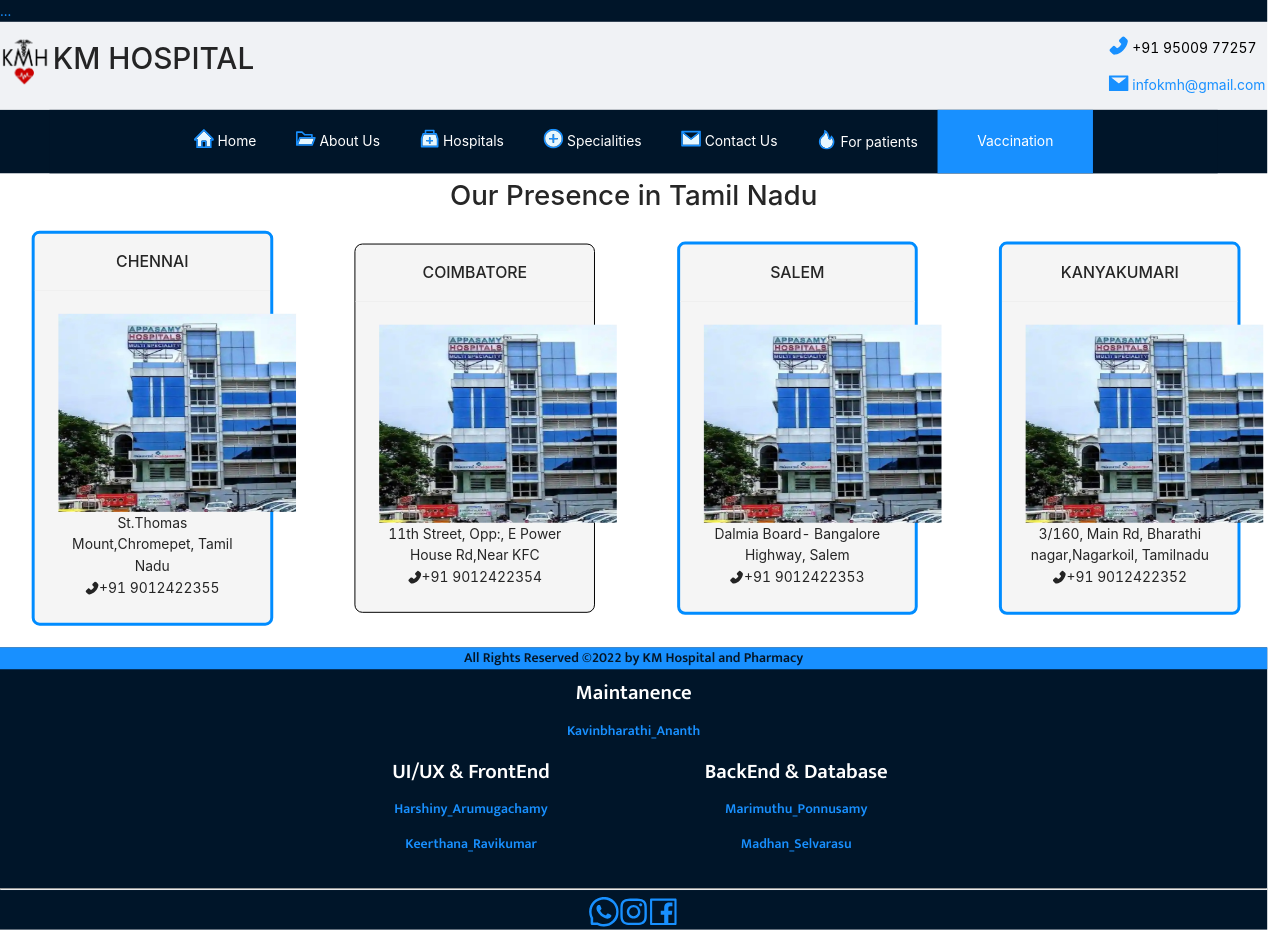
Repository: marimuthu1001/KHM-hospital
Page: /hospitals (app in km-hospital/)
These files come from the project's save history. The page is drawn as it stood at one moment and after the next save; the edit follows.
The browser window is 1280 px wide. The page is 1297 px wide, so the pictures cover 1297 px, including what lies to the right of the window. The pictures show the whole page, at 99% of full size.
The project was rebuilt for these pictures with package versions that can differ from the ones it lists, and the page was loaded fresh each time. Also part of the build but not shown: km-hospital/src/firebase.js, km-hospital/src/Pages/Home.jsx, km-hospital/src/Pages/ContactUs.jsx, km-hospital/src/Pages/AboutUS.jsx, km-hospital/src/Styles/Specialities.module.css, km-hospital/src/Pages/Specialities.jsx, km-hospital/src/Pages/For Patients/Bmi_Calculator.jsx, km-hospital/src/Styles/Appointment.module.css and 3 more.

Above is the page before, as saved 2022-01-27 15:21:10.

### km-hospital/public/index.html
<!DOCTYPE html>
<html lang="en">
  <head>
    <meta charset="utf-8" />
    <link rel="icon" href="%PUBLIC_URL%/favicon.ico" />
    <meta name="viewport" content="width=device-width, initial-scale=1" />
    <meta name="theme-color" content="#000000" />
    <meta
      name="description"
      content="Web site created using create-react-app"
    />
    <link rel="apple-touch-icon" href="%PUBLIC_URL%/logo192.png" />
    <!--
      manifest.json provides metadata used when your web app is installed on a
      user's mobile device or desktop. See https://developers.google.com/web/fundamentals/web-app-manifest/
    -->
    <link rel="manifest" href="%PUBLIC_URL%/manifest.json" />
    <!--
      Notice the use of %PUBLIC_URL% in the tags above.
      It will be replaced with the URL of the `public` folder during the build.
      Only files inside the `public` folder can be referenced from the HTML.

      Unlike "/favicon.ico" or "favicon.ico", "%PUBLIC_URL%/favicon.ico" will
      work correctly both with client-side routing and a non-root public URL.
      Learn how to configure a non-root public URL by running `npm run build`.
    -->
    <title>KM HOSPITAL | HOME</title>
  </head>
  <body>
    <noscript>You need to enable JavaScript to run this app.</noscript>
    <div id="root"></div>
    <!--
      This HTML file is a template.
      If you open it directly in the browser, you will see an empty page.

      You can add webfonts, meta tags, or analytics to this file.
      The build step will place the bundled scripts into the <body> tag.

      To begin the development, run `npm start` or `yarn start`.
      To create a production bundle, use `npm run build` or `yarn build`.
    -->
  </body>
</html>

### km-hospital/src/index.js
import React from 'react';
import ReactDOM from 'react-dom';
import 'antd/dist/antd.min.css'
import './index.css'
import App from './App';


ReactDOM.render(
  <React.StrictMode>
    <App />
  </React.StrictMode>,
  document.getElementById('root')
);

### km-hospital/src/index.css
@import '~antd/dist/antd.css';

.ant-menu:not(.ant-menu-horizontal) .ant-menu-item-selected {
	background: transparent;
}

.ant-menu{
    background: red;
    }

### km-hospital/src/App.js
import Nav from  './components/Nav'
import Footer from './components/Footer'
import Home from './Pages/Home'
import ContactUs from './Pages/ContactUs'
import AboutUs from './Pages/AboutUS'
import Specialities from './Pages/Specialities'
import BmiCalculator from './Pages/For Patients/Bmi_Calculator'
import Appointment from './Pages/For Patients/BookAppointment'
import Hospitals from './Pages/Hospitals'
import {BrowserRouter as Router, Route,Routes} from 'react-router-dom'

import Feedback from './Pages/Feedback'

function App() {
  return (
    <Router>
        <div className="App">
          <Nav/>
          <Routes>
            <Route exact path="/" element={<Home/>}/>
            <Route exact path="/contactus" element={<ContactUs/>}/>
            <Route exact path="/aboutus" element={<AboutUs/>}/>
            <Route exact path="/specialities" element={<Specialities/>}/>
            <Route exact path="/bmicalculator" element={<BmiCalculator/>}/>
            <Route exact path="/bookappointment" element={<Appointment/>}/>
            <Route exact path="/hospitals" element={<Hospitals/>}/>
            <Route exact path="/feedback" element={<Feedback/>}/>
          </Routes>

          <Footer/>
        </div>
    </Router>

  );
}

export default App;

### km-hospital/src/components/Nav.jsx
import React from 'react'

import Styles from '../Styles/Nav.module.css'
import { Layout, Menu, Dropdown,Row,Col } from 'antd';
import Logo from '../Images/Logo.png'

import {HomeTwoTone,
    FolderOpenTwoTone,
    MedicineBoxTwoTone,
    PlusCircleTwoTone,
    FireTwoTone ,
    MailTwoTone,
    PhoneFilled,
    MailFilled,

    } from '@ant-design/icons'

function Nav() {
  const menu = (
    <Menu>

            <Menu.Item key="1">Covid Dose</Menu.Item>
            <Menu.Item key="2">Covid Booster</Menu.Item>
            <Menu.Item key="3">Polio Vaccine</Menu.Item>
            <Menu.Item key="4">Chicken pox Vaccine</Menu.Item>
      </Menu>
  )
const patients = (
  <Menu>
         <a href="bmicalculator"> <Menu.Item key="1">Health Checkup Package</Menu.Item></a>
         <a href="bmicalculator"><Menu.Item key="2">Medicines</Menu.Item></a>
          <a href="bmicalculator"><Menu.Item key="3">Symptoms</Menu.Item></a>
          <a href="/bookappointment"> <Menu.Item key="4">Book an Appointment</Menu.Item></a>
          <a href="bmicalculator"><Menu.Item key="5">BMI Calculator</Menu.Item></a>

    </Menu>

  )

  const { Header} = Layout;
    return (

      <Layout>
        <p className={Styles.line}>...</p>
        <div className={Styles.head} >
            <Row gutters={[16,16]}>
              <Col md={{span:2}} lg={{span:1}}>
              <div className="logo">
              <img src={Logo} alt="Logo" widht={50} height={50}/>
            </div>
              </Col>
              <Col md={{span:6}} lg={{span:4}}>
              <h1>KM HOSPITAL</h1>
              </Col>
              <Col md={{span:8}} lg={{span:16}}></Col>
              <Col md={{span:5}} lg={{span:3}}>
              <div className={Styles.contactHead}>
                <p style={{color:'black'}}><PhoneFilled  style= {{ fontSize: '20px',color: '#1890ff'  }} />&nbsp;+91 95009 77257</p>
                <p><a href="mailto:infokmh@gmail.com"><MailFilled style= {{ fontSize: '20px',color: '#1890ff'  }} />&nbsp;infokmh@gmail.com</a></p>
               </div>
              </Col>
            </Row>
        </div>



      <Header className="header">
      <div className="menubar">
        <Menu style={{
            position: 'relative',
            display: 'flex',
            justifyContent: 'center',

        }} theme="dark" mode="horizontal" defaultSelectedKeys={['1']}>
     <a href="/">
          <Menu.Item key="7"><HomeTwoTone style={{fontSize:20}}/>&nbsp;Home</Menu.Item>
     </a>
     <a href="/aboutus">
          <Menu.Item key="2"><FolderOpenTwoTone style={{fontSize:20}}/>&nbsp;About Us</Menu.Item>
     </a>
     <a href="/hospitals">
          <Menu.Item key="3"><MedicineBoxTwoTone style={{fontSize:20}}/>&nbsp;Hospitals</Menu.Item>
     </a>
     <a href="/specialities">
          <Menu.Item key="4"><PlusCircleTwoTone style={{fontSize:20}}/>&nbsp;Specialities</Menu.Item>
     </a>
     <a href="/contactus">
          <Menu.Item  key="6"> <MailTwoTone style={{fontSize:20}}/>&nbsp;Contact Us</Menu.Item>
     </a>
          <Dropdown  overlay={patients} placement="topCenter">
              <Menu.Item key="5"><FireTwoTone style={{fontSize:20}}/>&nbsp;For patients</Menu.Item>
          </Dropdown>

          <Menu.Item key="1">
          <Dropdown  overlay={menu} placement="topCenter">
                    <Menu.Item>Vaccination</Menu.Item>
          </Dropdown>
          </Menu.Item>


        </Menu>  </div>
      </Header>


        </Layout>


    )
}

export default Nav

### km-hospital/src/components/Footer.jsx
import React from 'react'
import Styles from '../Styles/Footer.module.css'
import { Row, Col } from 'antd';
import {WhatsAppOutlined,
    InstagramOutlined,
    FacebookOutlined} from '@ant-design/icons'
function Footer() {
    return (
        <div  >
            <div className={Styles.footer}>


                <div className={Styles.footerContent}>
                    <div sm={1}  md={6} lg={8}  className={Styles.footerTitle}>
                        <h4>All Rights Reserved &copy;2022 by KM Hospital and Pharmacy</h4>
                    </div>


                <div className={Styles.maintain}>
                    <h2>Maintanence</h2>
                    <p>Kavinbharathi_Ananth</p>
                </div>

                <Row className={Styles.design} gutter={[34, 18]}>
                <Col xs={24} md={6}/>
                    <Col xs={24} md={6}>
                        <div>
                            <h2 className={Styles.headDecoration}>UI/UX & FrontEnd</h2>
                            <div className={Styles.decoration}>
                                <p>Harshiny_Arumugachamy</p>
                                <p>Keerthana_Ravikumar</p>
                            </div>
                        </div>
                    </Col>
                    <Col xs={24} md={6}>
                        <div>
                        <h2 className={Styles.headDecoration}>BackEnd & Database</h2>
                            <div className={Styles.decoration}>
                                <p>Marimuthu_Ponnusamy</p>
                                <p>Madhan_Selvarasu</p>
                            </div>
                        </div>
                    </Col>
                    <Col xs={24} md={6}/>
                        <Col sm={{ span: 5, offset: 0 }} md={{ span: 5, offset: 0 }} lg={{ span: 6, offset:0  }}> </Col>
                </Row>


<hr/>


                <Row  className={Styles.social}>
                    <Col sm={{span:2}} md={{span:8}} lg={{span:8}}><WhatsAppOutlined style={{fontSize: '30px' }} /></Col>
                    <Col sm={{span:2}} md={{span:8}} lg={{span:8}}><InstagramOutlined style={{fontSize: '30px' }} /></Col>
                    <Col sm={{span:2}} md={{span:8}} lg={{span:8}}><FacebookOutlined style={{fontSize: '30px' }} /></Col>
                </Row>
            </div>
        </div>
        </div>
    )
}

export default Footer

### km-hospital/src/Pages/Hospitals.jsx
import React from 'react';
import { Card, Col, Row  } from 'antd';
import Styles from '../Styles/ContactUs.module.css'
import {PhoneFilled} from '@ant-design/icons'
import Img1 from '../Images/Hospitals/hsptl (16).jpeg'
function Hospitals() {
  return (<div>
      <h1 style={{textAlign:"Center"}}>Our Presence in Tamil Nadu</h1>
            <div className="site-card-wrapper">
                    <Row className={Styles.locations} justify="space-around" align="middle" gutter={28}>
                        {/* <Col sm={{span:2}} md={{span:5}}  lg={{span:4}}></Col> */}
                        <Col  sm={{span:1}} md={{span:5}}  lg={{span:5}} >
                            <Card className={Styles.card} style={{backgroundColor:'whitesmoke'}} title="CHENNAI" bordered={true} hoverable={true}>
                            <img src={Img1} alt="Hospital"  width={240} height={200}/>
                            St.Thomas Mount,Chromepet, Tamil Nadu <br/> <PhoneFilled />+91 9012422355
                            </Card>
                        </Col>
                        <Col sm={{span:1}} md={{span:5}} lg={{span:5}} >
                            <Card  className={Styles.card} style={{backgroundColor:'whitesmoke', border:'1px solid black'}} title="COIMBATORE" bordered={true} hoverable={true}>
                            <img src={Img1} alt="Hospital"  width={240} height={200}/>
                           11th Street, Opp:, E Power House Rd,Near KFC <br/> <PhoneFilled />+91 9012422354
                            </Card>
                        </Col>
                        <Col sm={{span:1}} md={{span:5}} lg={{span:5}}>
                            <Card className={Styles.card} style={{backgroundColor:'whitesmoke'}} title="SALEM" bordered={true} hoverable={true}>
                            <img src={Img1} alt="Hospital"  width={240} height={200}/>
                           Dalmia Board- Bangalore Highway, Salem  <br/> <PhoneFilled />+91 9012422353
                            </Card>
                        </Col>
                        <Col sm={{span:1}} md={{span:5}} lg={{span:5}}>
                            <Card className={Styles.card} style={{backgroundColor:'whitesmoke'}} title="KANYAKUMARI" bordered={true} hoverable={true}>
                            <img src={Img1} alt="Hospital"  width={240} height={200}/>
                             3/160, Main Rd, Bharathi nagar,Nagarkoil, Tamilnadu  <br/> <PhoneFilled />+91 9012422352
                            </Card>
                        </Col>
                        {/* <Col sm={{span:3}} md={{span:5}}  lg={{span:4}}></Col> */}
                    </Row>
              <br/>
                </div>
  </div>);
}

export default Hospitals;

### km-hospital/src/Styles/Nav.module.css
*{
    margin-top:0px;
}
.line{
    background-color:#001529;
    color:#1890ff;
}
.head h1{
    font-size: 30px;
}
.menubar .Menu.item{
    margin-left:20%;
}
a{
    text-decoration: none;
}
a:hover{
    background-color:#1890ff;
}

### km-hospital/src/Styles/Footer.module.css
@import url('https://fonts.googleapis.com/css2?family=Mukta:wght@600&display=swap');
.footer{
    background-color:#001529;
    font-family: 'Mukta', sans-serif;
    color:#1890ff;
    position:relative;
    text-align:center
}
.footer h2{
    color:#ffffff
}
.footer .footerTitle{
    color:rgb(255, 255, 255);
    background-color:#1890ff
}
.footer .social{
    text-align:center;
    display:inline-flex;
}
.social li{
    list-style-type: none;
}
.decoration{
    list-style-type:none;
    text-align:center
}
.headDecoration{
    text-align:center
}

### km-hospital/src/Styles/Home.module.css
@import url('https://fonts.googleapis.com/css2?family=Josefin+Sans:wght@700&display=swap');
.card{
    background-color:#1890ff;
    height:120px;
    border: 1px solid #001529;
    border-radius:14px;
}
.title{
    font-family: 'Josefin Sans', sans-serif;
}

### km-hospital/src/Styles/ContactUs.module.css
.title{
    text-align:center;
}
.card{
    border:3px solid #008cff;
    border-radius:8px;
    text-align: center;
    background-color:#9bcdfc;
}
.card:hover{
    border:3px solid #1890ff;
    box-shadow: 8px 8px 8px #9bcdfc ;
}
.locations{

    padding-left:5px;
}
.btn{
    width:28%;
}
.form{
    border-radius:20px;
    border:1px solid #000;
    box-shadow:5px 5px 5px rgb(0, 0, 0);
    padding-top:20px;
}

### km-hospital/src/Styles/bmiCalc.module.css
@import url('https://fonts.googleapis.com/css2?family=Poppins:wght@400&display=swap');

.aboutContent{
    margin:0 10%;
    text-align: center;
    font-family: 'Poppins', sans-serif;
    font-weight:block;
}
 .bmiFormula{

    border:1px solid #5465ff
}

After the next save:
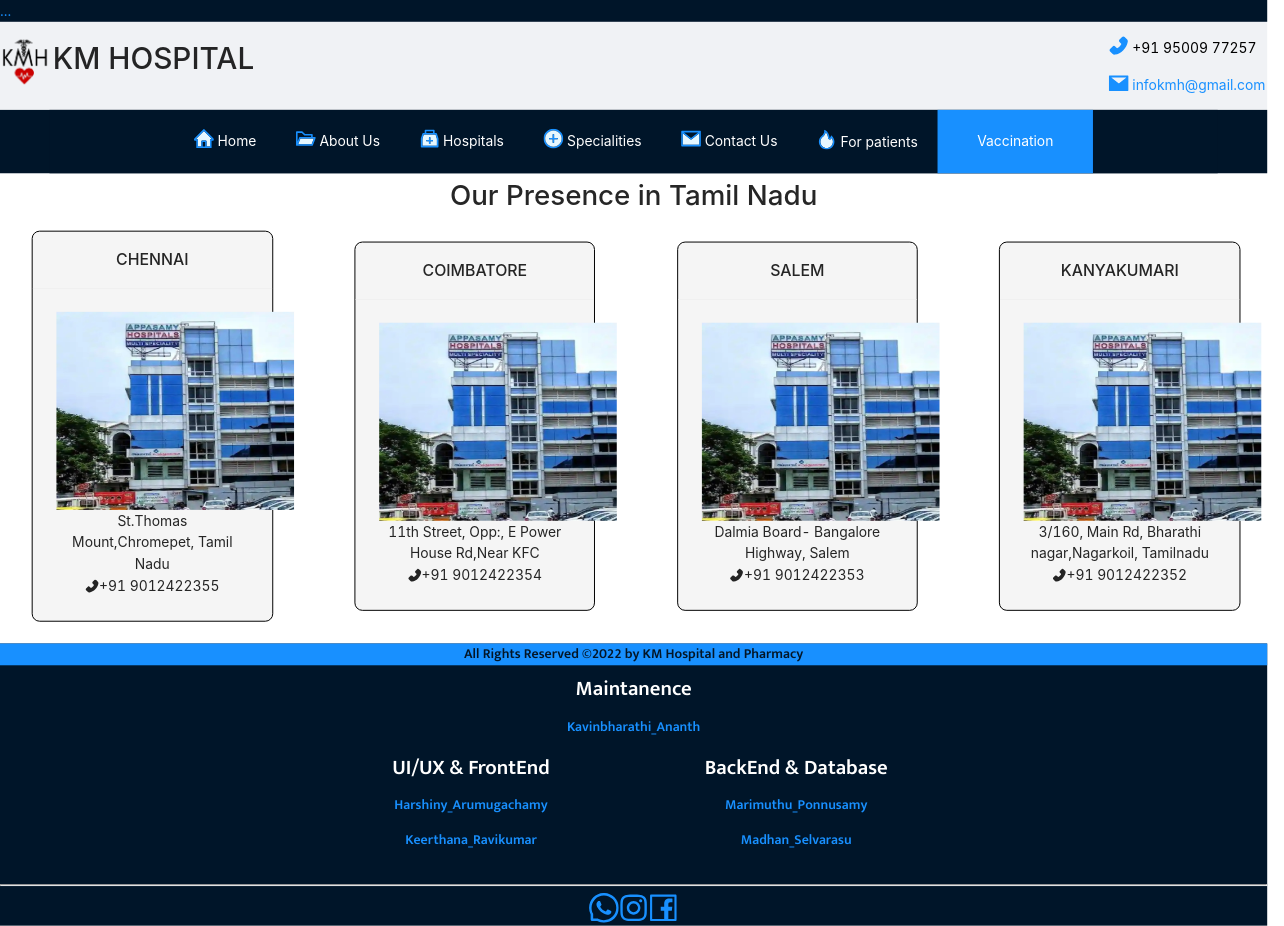
Saved 22 s later.
--- a/km-hospital/src/Pages/Hospitals.jsx
+++ b/km-hospital/src/Pages/Hospitals.jsx
@@ -10,7 +10,7 @@
                     <Row className={Styles.locations} justify="space-around" align="middle" gutter={28}>
                         {/* <Col sm={{span:2}} md={{span:5}}  lg={{span:4}}></Col> */}
                         <Col  sm={{span:1}} md={{span:5}}  lg={{span:5}} >
-                            <Card className={Styles.card} style={{backgroundColor:'whitesmoke'}} title="CHENNAI" bordered={true} hoverable={true}>
+                            <Card className={Styles.card} style={{backgroundColor:'whitesmoke', border:'1px solid black'}} title="CHENNAI" bordered={true} hoverable={true}>
                             <img src={Img1} alt="Hospital"  width={240} height={200}/>
                             St.Thomas Mount,Chromepet, Tamil Nadu <br/> <PhoneFilled />+91 9012422355
                             </Card>
@@ -22,13 +22,13 @@
                             </Card>
                         </Col>
                         <Col sm={{span:1}} md={{span:5}} lg={{span:5}}>
-                            <Card className={Styles.card} style={{backgroundColor:'whitesmoke'}} title="SALEM" bordered={true} hoverable={true}>
+                            <Card className={Styles.card} style={{backgroundColor:'whitesmoke', border:'1px solid black'}} title="SALEM" bordered={true} hoverable={true}>
                             <img src={Img1} alt="Hospital"  width={240} height={200}/>
                            Dalmia Board- Bangalore Highway, Salem  <br/> <PhoneFilled />+91 9012422353
                             </Card>
                         </Col>
                         <Col sm={{span:1}} md={{span:5}} lg={{span:5}}>
-                            <Card className={Styles.card} style={{backgroundColor:'whitesmoke'}} title="KANYAKUMARI" bordered={true} hoverable={true}>
+                            <Card className={Styles.card} style={{backgroundColor:'whitesmoke', border:'1px solid black'}} title="KANYAKUMARI" bordered={true} hoverable={true}>
                             <img src={Img1} alt="Hospital"  width={240} height={200}/>
                              3/160, Main Rd, Bharathi nagar,Nagarkoil, Tamilnadu  <br/> <PhoneFilled />+91 9012422352
                             </Card>
